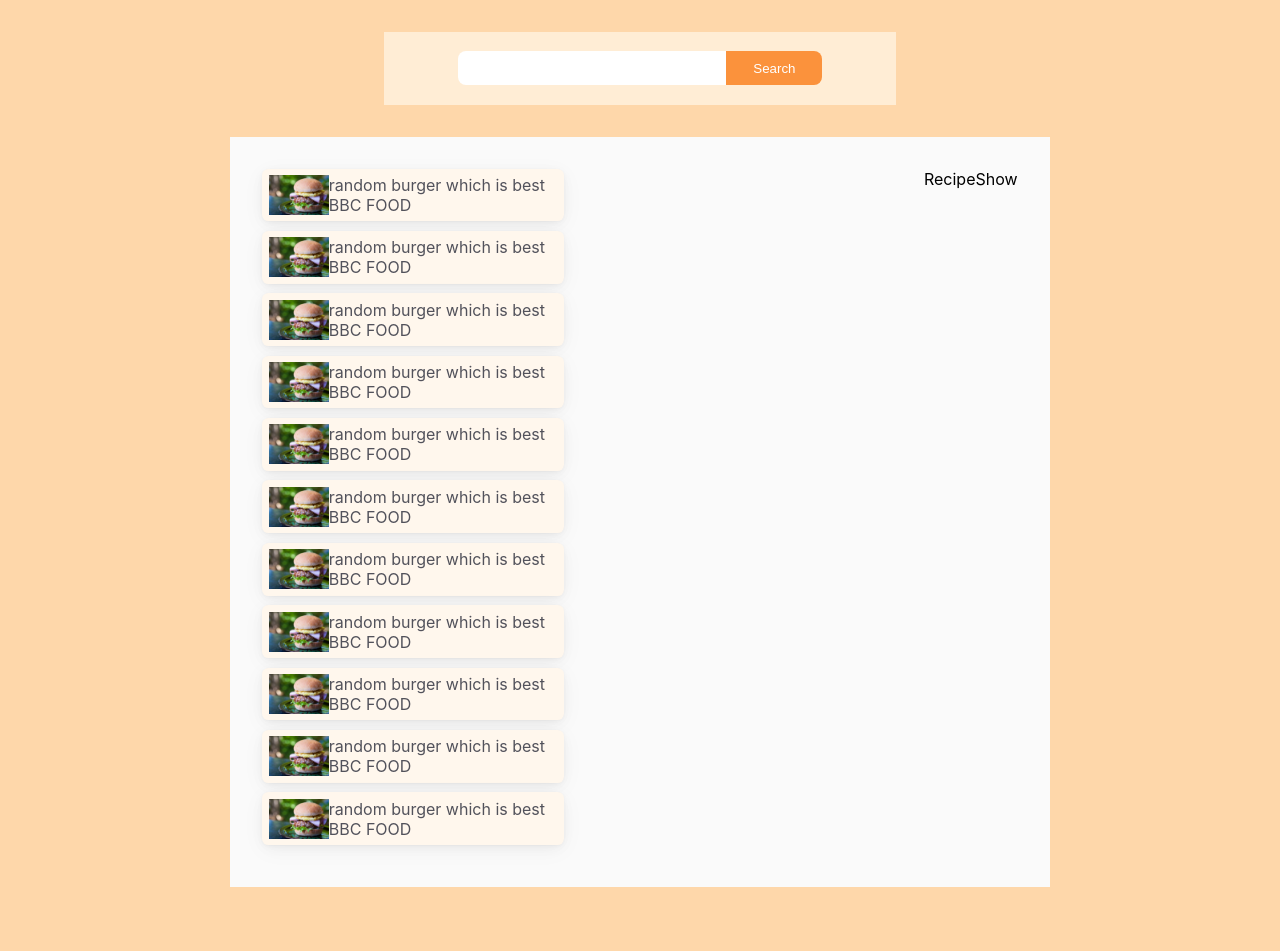
Repository: sandipkarmokar/recipeApp
Page: /
The author's editor kept a copy of each file at every save. The page is drawn from the files as they stood at one save, then again after the next save.
The browser window is 1280 px wide. The pictures show the whole page.
The project was rebuilt for these pictures with package versions that can differ from the ones it lists, and the page was loaded fresh each time.

Above is the page before, as saved 2022-04-16 12:18:20.

After the next save:
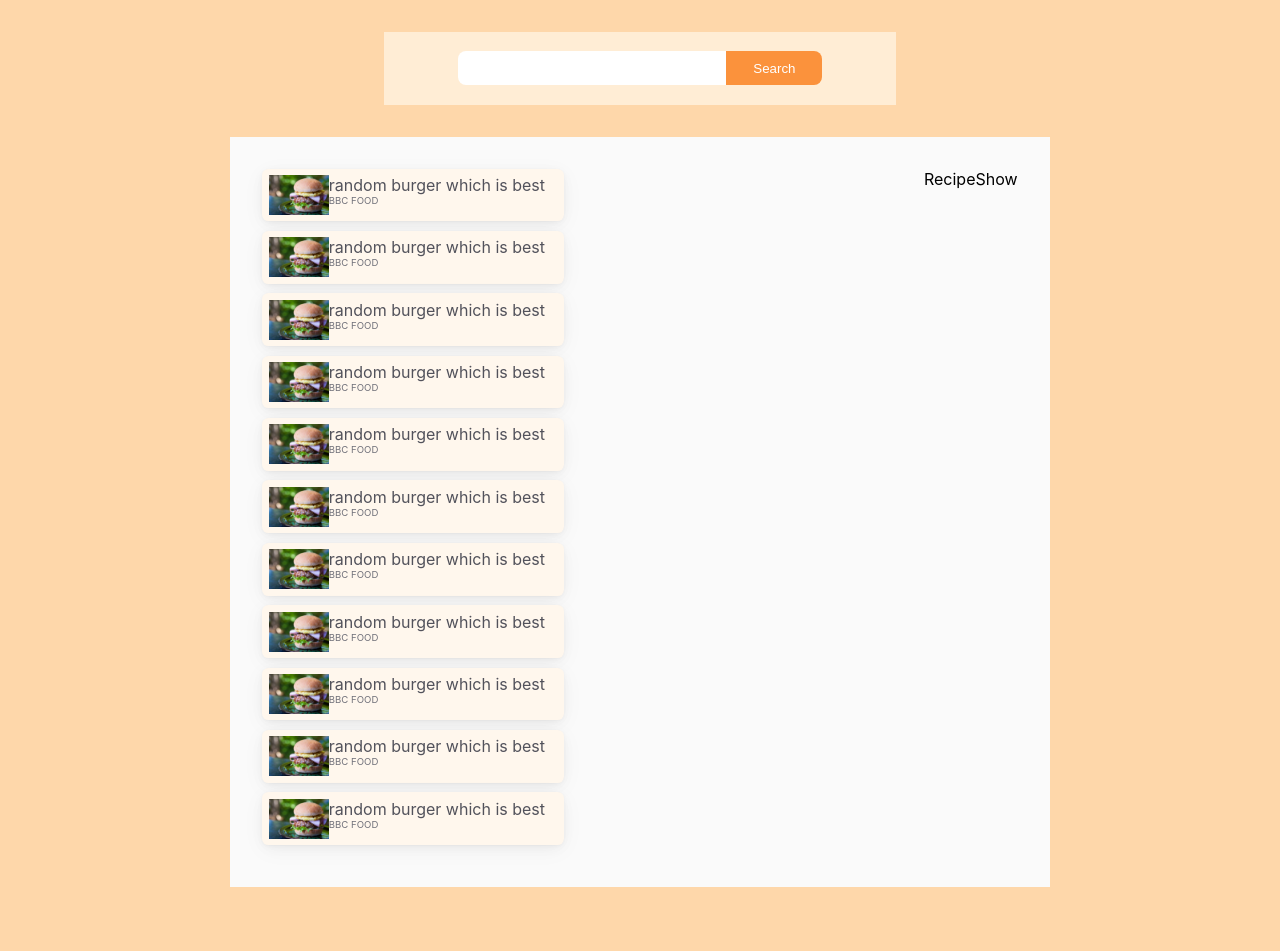
Saved 13 s later.
--- a/src/App.css
+++ b/src/App.css
@@ -119,6 +119,6 @@
     .recipe-item
     .info
     .publisher {
-    color: #52525b;
-    font-size: 1rem;
+    color: #71717a;
+    font-size: 0.6rem;
 }
